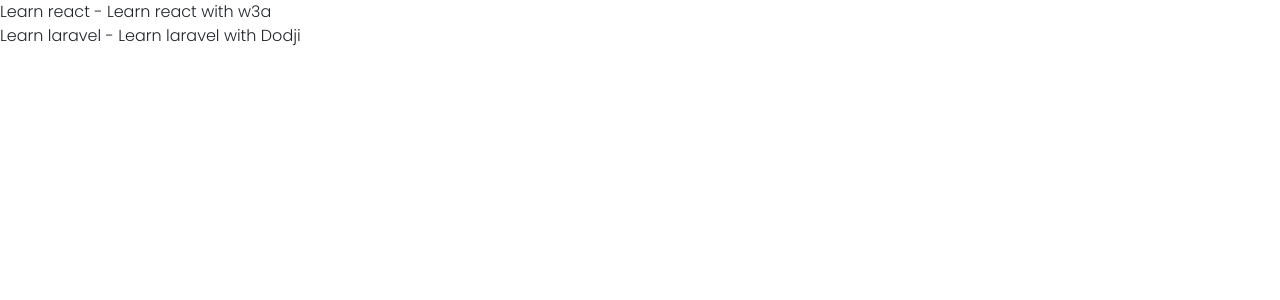
Repository: FS-23/react-task-manager
Page: /
The author's editor kept a copy of each file at every save. The page is drawn from the files as they stood at one save, then again after a run of saves.
The browser window is 1280 px wide. The pictures show the whole page.
The project was rebuilt for these pictures with package versions that can differ from the ones it lists, and the page was loaded fresh each time.

Above is the page before, as saved 2022-05-12 16:22:53.

### public/index.html
<!DOCTYPE html>
<html lang="en">
  <head>
    <meta charset="utf-8" />
    <link rel="icon" href="%PUBLIC_URL%/favicon.ico" />
    <meta name="viewport" content="width=device-width, initial-scale=1" />
    <meta name="theme-color" content="#000000" />
    <meta  name="description" content="Web site created using create-react-app"/>
    <link rel="apple-touch-icon" href="%PUBLIC_URL%/logo192.png" />

    <link rel="manifest" href="%PUBLIC_URL%/manifest.json" />

    <title>React App</title>

    <!-- CSS only -->
   <link href="https://cdn.jsdelivr.net/npm/bootstrap@5.1.3/dist/css/bootstrap.min.css" rel="stylesheet" >
  </head>
  <body>
    <noscript>You need to enable JavaScript to run this app.</noscript>
    <div id="root"></div>


    <!-- JavaScript Bundle with Popper -->
    <script src="https://cdn.jsdelivr.net/npm/bootstrap@5.1.3/dist/js/bootstrap.bundle.min.js"></script>
  </body>
</html>

### src/index.js
import React from 'react';
import ReactDOM from 'react-dom/client';
import './index.css';
import App from './App';
//import 'https://cdn.jsdelivr.net/npm/bootstrap@5.1.3/dist/css/bootstrap.min.css'

const root = ReactDOM.createRoot(document.getElementById('root'));
root.render(
  <React.StrictMode>
    <App />
  </React.StrictMode>
);

// If you want to start measuring performance in your app, pass a function
// to log results (for example: reportWebVitals(console.log))
// or send to an analytics endpoint. Learn more: https://bit.ly/CRA-vitals

### src/index.css

.login-bg {
     background-image: linear-gradient(160deg , red , blue);
}

@font-face {
  font-family: "Poppins";
  src: url(./font/Poppins-Light.ttf);
}

*{
   font-family:  "Poppins" , sans-serif;
}

### src/App.js

import Login from "./components/Login";
import TaskList from "./components/TaskList";


function App() {
  return (
    <div className="">
      <div className="d-none"><Login/></div>
       <TaskList />

    </div>
  );
}




export default App;

### src/components/Login.js
import { useState } from 'react'
function Login(){
    let [email , setEmail]= useState('')
    let [password , setPassword]= useState('')
    let [loading , setLoading]= useState(false)

    function handleEmailChange(event){
        setEmail(event.target.value)
    }

    function handlePasswordChange(event){
        setPassword(event.target.value)
    }

    function handleFormSubmit(event){
        event.preventDefault()
        console.log('form infos', {email , password})
        setLoading(true)
        setTimeout(()=> {
           setLoading(false)
        }, 3000)
    }
     return(
         <>
             <div className='position-fixed vw-100 vh-100  top-0'>
                    <div className="login-bg position-absolute opacity-25 top-0 w-100 h-100">

                    </div>

                    <div className='position-absolute translate-middle top-50 start-50'>
                         <div className='modal-dialog' style={{width: '500px' }}>
                               <div className='modal-content'>
                                    <div className='modal-header'>
                                        <h2 className='modal-title'>Connexion</h2>
                                        <a href='#'>S'enregistrer</a>
                                    </div>
                                    <div className='modal-body'>
                                    <form onSubmit={handleFormSubmit}>
                                            <div className="">
                                                <label class="form-label">Email</label>
                                                <input
                                                    className="form-control"
                                                    type="email"
                                                    onChange={handleEmailChange}
                                                    placeholder="Email"/>
                                            </div>
                                            <div className="mt-4">
                                            <label class="form-label">Password</label>
                                            <input
                                                className="form-control"
                                                type="password"
                                                onChange={handlePasswordChange}
                                                placeholder="password"/>
                                            </div>
                                            <button className="btn btn-primary mt-4">
                                                Connecter
                                                {loading ? <div className='spinner-border ms-1 spinner-border-sm'></div>: ''}
                                            </button>

                                        </form>
                                    </div>
                               </div>
                         </div>
                    </div>
             </div>
         </>
     )
}

export default Login




/*


                 */

### src/components/TaskList.js
import { db } from '../firebase-config'
import { collection } from 'firebase/firestore'
function TaskList(){
    console.log('collection', collection)
    let tasks = [
         {id: 1 , title: "Learn react" , description: "Learn react with w3a"} ,
         {id: 2 , title: 'Learn laravel' , description: "Learn laravel with Dodji" }
        ]

    return (
        <div>
            {
                tasks.map( (task , index) => (
                    <div>
                        {task.title} - {task.description}
                    </div>
                ))
            }
        </div>
    )
}

export default TaskList

### src/firebase-config.js
import { initializeApp } from "firebase/app";
import { getFirestore } from '@firebase/firestore'

const firebaseConfig = {
  apiKey: "AIzaSyD5rTrE9gHlZjhMAg4WTwj3vbyKvT4yrpo",
  authDomain: "fs-23-taskmanager.firebaseapp.com",
  projectId: "fs-23-taskmanager",
  storageBucket: "fs-23-taskmanager.appspot.com",
  messagingSenderId: "409848607226",
  appId: "1:409848607226:web:1000e7ce8565398a1c7443",
  measurementId: "G-2303C3SQ8G"
};

// Initialize Firebase
const app = initializeApp(firebaseConfig);

export const db = getFirestore(app)

After the next 3 saves:
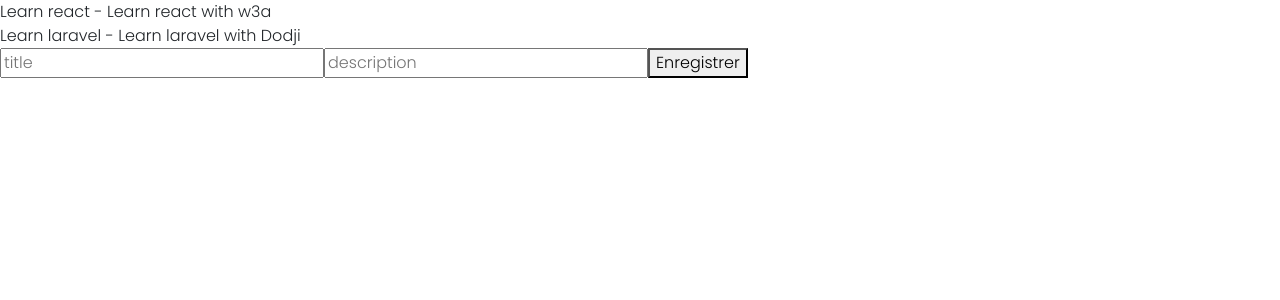
The 3 saves are shown as one change because 2 did not build or start.
The last was saved 4 min 48 s later.
--- a/src/components/TaskList.js
+++ b/src/components/TaskList.js
@@ -1,12 +1,25 @@
 import { db } from '../firebase-config'
 import { collection } from 'firebase/firestore'
+import { useState } from 'react'
 function TaskList(){
     console.log('collection', collection)
+    let [inputs , setInputs] = useState()
     let tasks = [
          {id: 1 , title: "Learn react" , description: "Learn react with w3a"} ,
          {id: 2 , title: 'Learn laravel' , description: "Learn laravel with Dodji" }
         ]
 
+    function handleOnChange(event){
+        let name = event.target.name
+        let value = event.target.value
+
+        setInputs(inputs => ({...inputs , [name]: value}))
+    }
+
+    function handleOnSubmit(event){
+        event.preventDefault();
+        console.log('inputs:', inputs)
+    }
     return (
         <div>
             {
@@ -15,7 +28,17 @@
                         {task.title} - {task.description}
                     </div>
                 ))
+
+
             }
+
+            <div>
+                <form onSubmit={handleOnSubmit}>
+                    <input onChange={handleOnChange} name="title" placeholder='title'/>
+                    <input onChange={handleOnChange} name="description" placeholder='description'/>
+                    <button>Enregistrer</button>
+                </form>
+            </div>
         </div>
     )
 }
